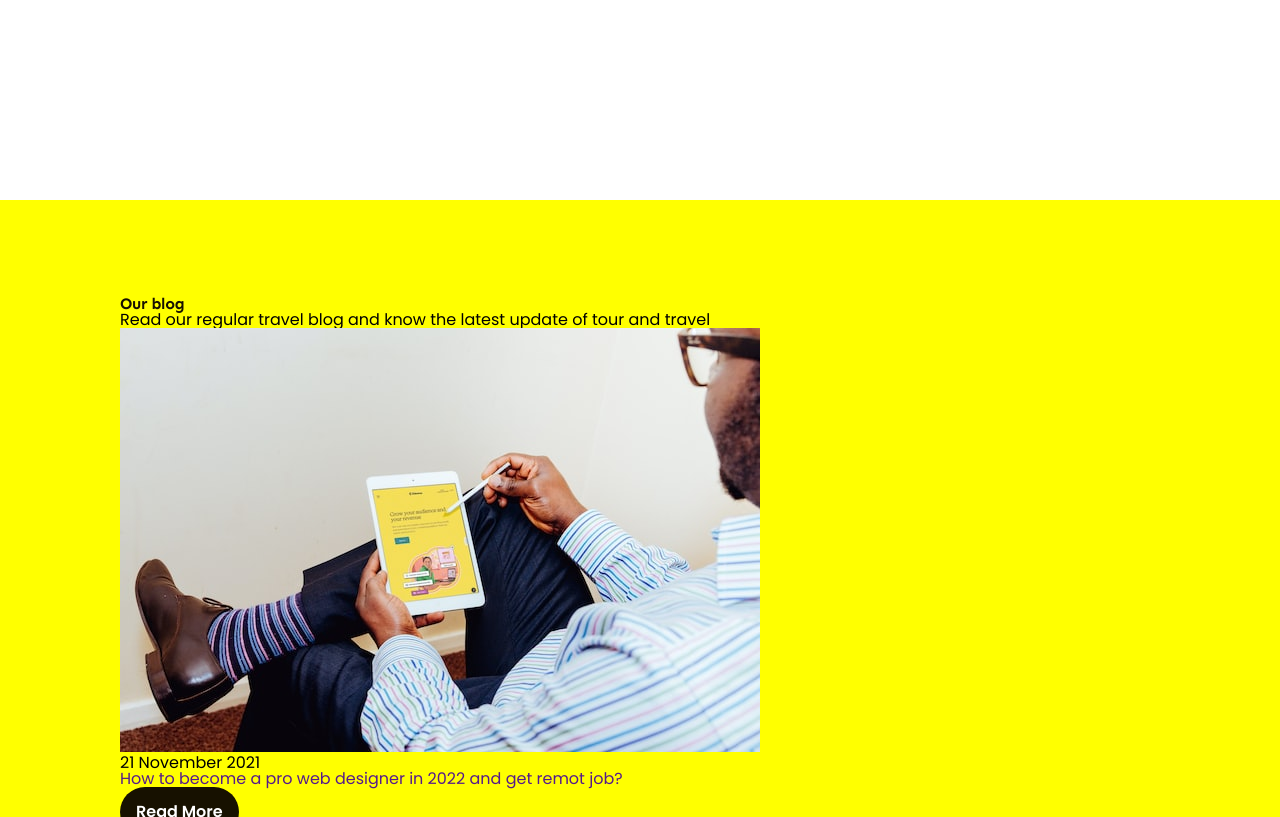
Repository: dovanlanh/f8-project-02
Page: index.html
The author's editor kept a copy of each file at every save. The page is drawn from the files as they stood at one save, then again after the next save.
The browser window is 1280 px wide. The pictures show the part of the page from y = 3609 to 4426 px (the page is 10000 px tall).
A picture or video elsewhere on the page could not be fetched, so the positions and the page height are approximate.

Above is the page before, as saved 2023-02-10 10:41:48.

After the next save:
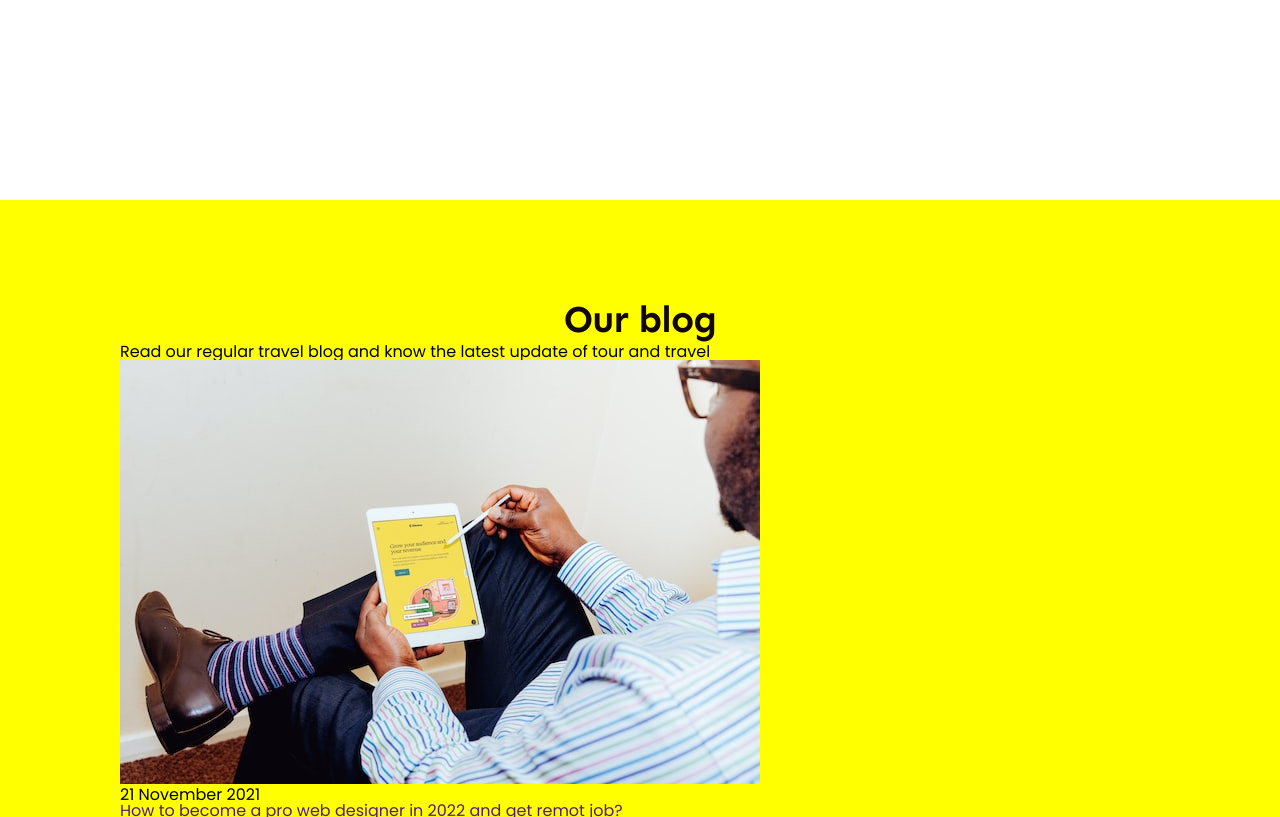
Saved 62 s later.
--- a/assets/css/styles.css
+++ b/assets/css/styles.css
@@ -508,3 +508,11 @@ a {
     /* background: #FFFCF4; */
     background: yellow;
 }
+.blog .heading {
+    font-weight: 700;
+    font-size: 3.8rem;
+    line-height: 1.26;
+    text-align: center;
+    letter-spacing: -0.02em;
+    color: #130606;
+}
